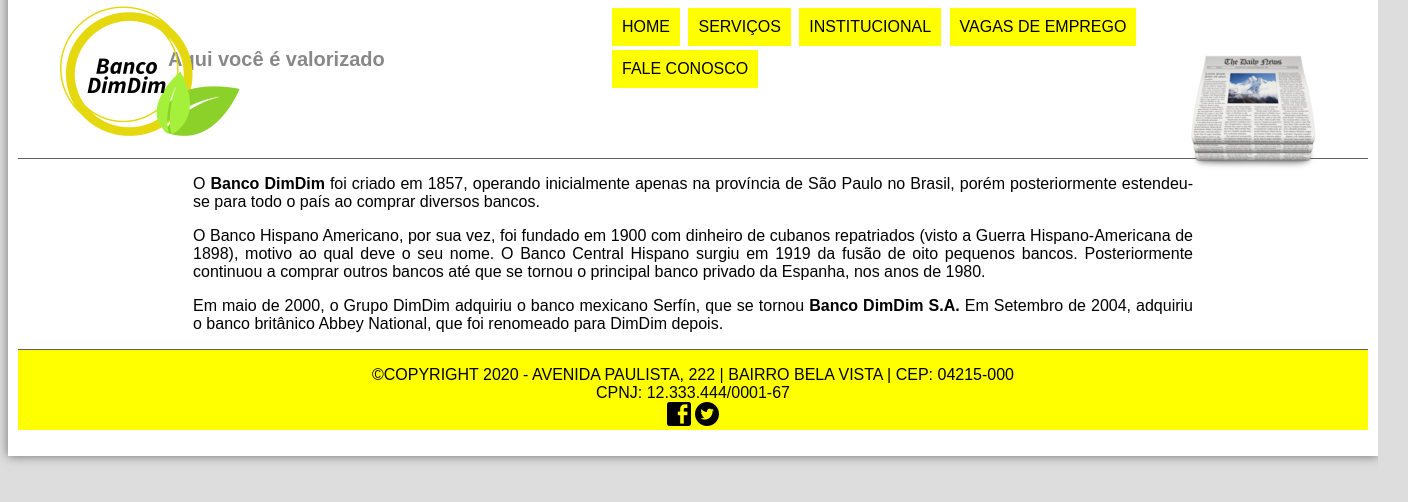
Repository: marceloShibuya/DevOps
Page: http://localhost/Nac_DevOPS/emprego.html
An editor plug-in stored every save of this project. The page is shown before and after the next save, followed by the edit.
The browser window is 1280 px wide. The page is 1378 px wide, then 1408 px, so the pictures cover 1408 px, including what lies to the right of the window. The pictures show the whole page.
Some web fonts or font styles are not loaded; a fallback is used. The page is served by Tomcat 9.

Above is the page before, as saved 2020-02-24 21:36:53.

After the next save:
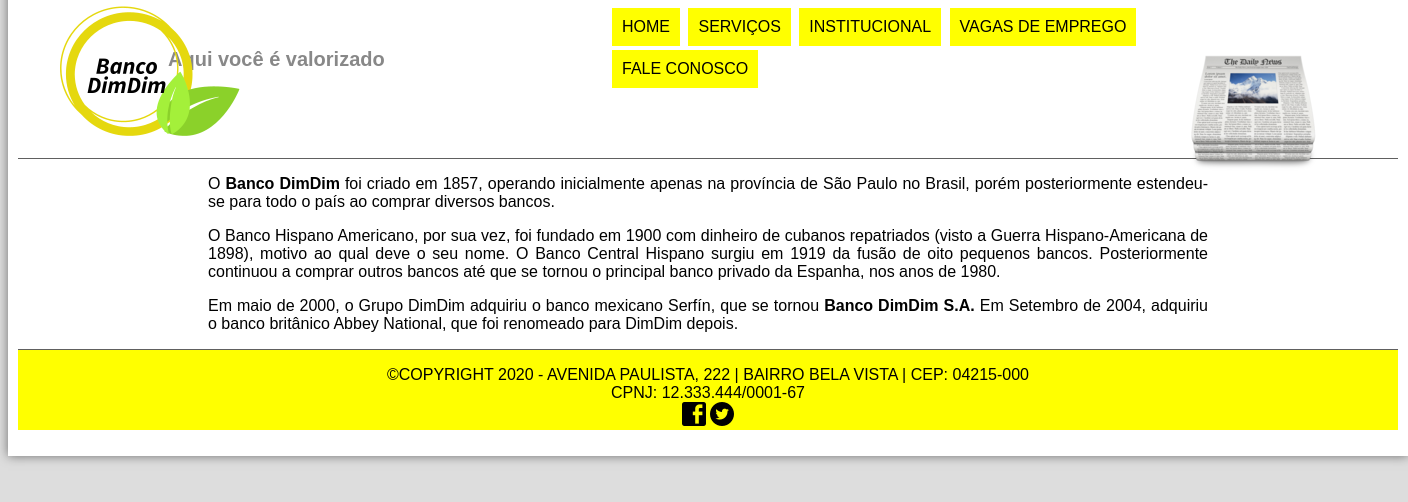
Saved 16 s later.
--- a/Nac_DevOPS/WebContent/_css/estilo.css
+++ b/Nac_DevOPS/WebContent/_css/estilo.css
@@ -11,7 +11,7 @@ body{
 	}
 
 div#interface {
-	width: 1350px;
+	width: 1380px;
 	background-color: #ffffff;
 	margin: -20px auto 0px auto;
 	box-shadow: 0px 0px 10px rgba(0,0,0,.5);
